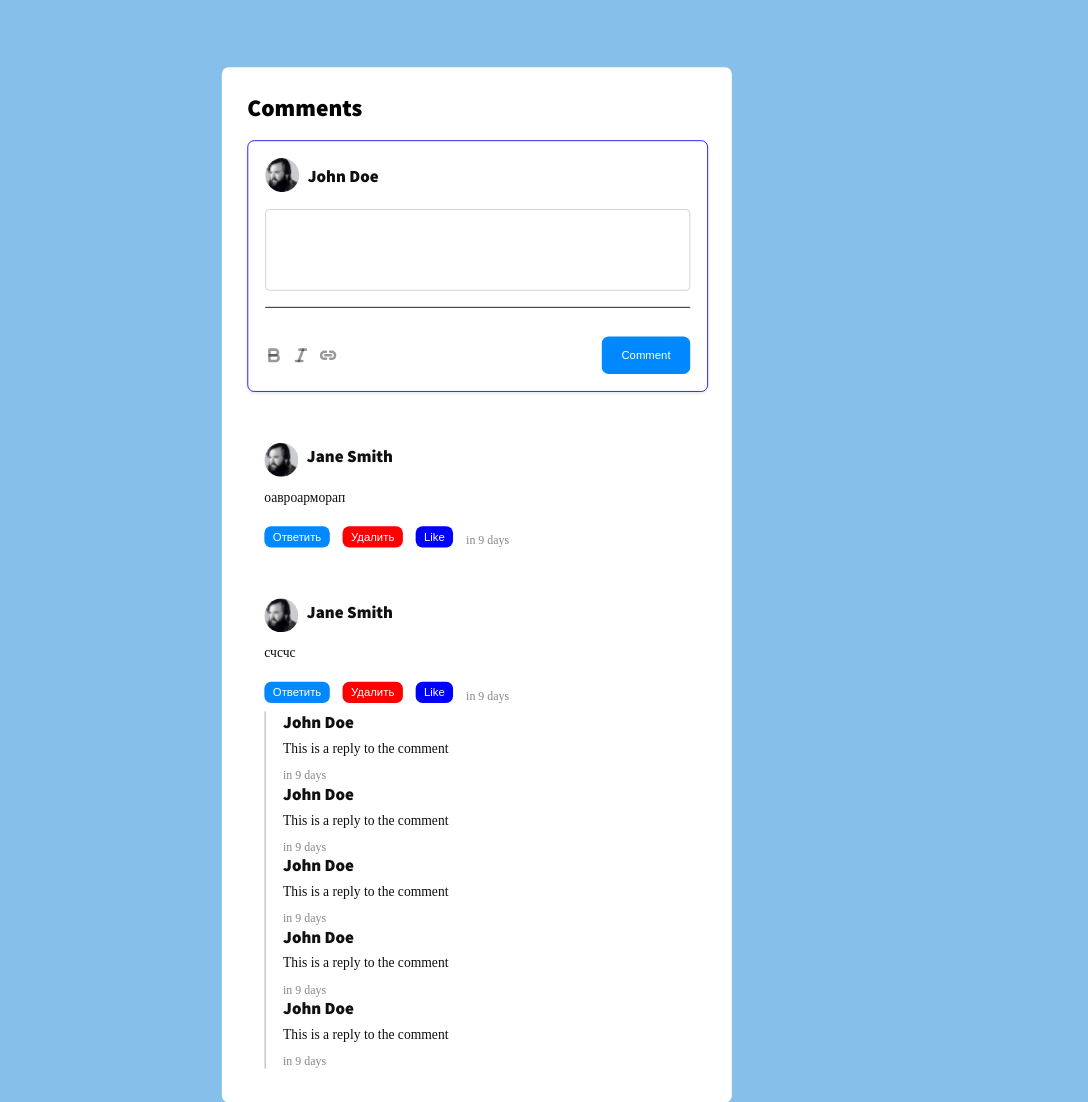
Repository: nikiforovki/appcommits
Page: /
These files come from the project's save history. The page is drawn as it stood at one moment and after the next save; the edit follows.
The browser window is 1280 px wide. The pictures show the whole page, at 85% of full size.
The project was rebuilt for these pictures with package versions that can differ from the ones it lists, and the page was loaded fresh each time. Requests to the local data server were answered from the project's data file. Also part of the build but not shown: webpack.config.ts.

Above is the page before, as saved 2024-08-24 03:43:21.

### public/index.html
<!DOCTYPE html>
<html lang="en">
<head>
    <meta charset="UTF-8" />
    <meta name="viewport" content="width=device-width, initial-scale=1.0" />
    <meta http-equiv="X-UA-Compatible" content="ie=edge" />
    <title>React App</title>
</head>
<body>
<div id="root"></div>
</body>
</html>

### src/index.tsx
import React from 'react';
import { createRoot } from 'react-dom/client';
import App from './App';
import StoreProvider from './app/providers/StoreProvider';

const rootElement = document.getElementById('root');
const root = createRoot(rootElement);
root.render(
  <React.StrictMode>
    <StoreProvider>
      <App />
    </StoreProvider>
  </React.StrictMode>,
);

### src/App.tsx
import React from 'react';
import MainLayout from './Companents/MainLayout';
import './styles/GlobalStyles.css';

const App = () => {
  return <MainLayout />;
};

export default App;

// import React, { useState } from 'react';
// import MainLayout from '../src/Companents/MainLayout';
// import './styles/GlobalStyles.css';
// import {
//   useGetSomeDataQuery,
//   useAddCommitMutation,
//   useDeleteCommitMutation,
// } from '../api/rtkQuery';
//
// const App: React.FC = () => {
//   const [newCommit, setNewCommit] = useState('');
//   const { data = [], isLoading } = useGetSomeDataQuery();
//   const [addCommit, { isError }] = useAddCommitMutation();
//   const [deleteCommit] = useDeleteCommitMutation();
//
//   const handleAddCommit = async () => {
//     if (newCommit) {
//       try {
//         await addCommit({ name: newCommit }).unwrap();
//         setNewCommit('');
//       } catch (error) {
//         console.error('Failed to add commit: ', error);
//       }
//     }
//   };
//
//   const handleDeleteCommit = async (id: string) => {
//     try {
//       await deleteCommit(id).unwrap();
//     } catch (error) {
//       console.error('Failed to delete commit: ', error);
//     }
//   };
//
//   if (isLoading) return <h1>Loading...</h1>;
//
//   return (
//     <div>
//       <input
//         type="text"
//         value={newCommit}
//         onChange={(e) => setNewCommit(e.target.value)}
//       />
//       <button onClick={handleAddCommit}>Add Commit</button>
//       <div>
//         {/*<MainLayout />*/}
//         <ul>
//           {data.map((item) => (
//             <li key={item.id} onClick={() => handleDeleteCommit(item.id)}>
//               {item.name}
//             </li>
//           ))}
//         </ul>
//       </div>
//     </div>
//   );
// };
//
// export default App;

// import React, { useState } from 'react';
// import MainLayout from '../src/Companents/MainLayout';
// import './styles/GlobalStyles.css';
// import { useGetSomeDataQuery, useAddCommitMutation } from '../api/rtkQuery';
//
// const App: React.FC = () => {
//   const [count, setCount] = useState('');
//   const [newCommit, setNewCommit] = useState('');
//   const { data = [], isLoading } = useGetSomeDataQuery(count);
//   const [addCommit, { isError }] = useAddCommitMutation();
//
//   const handleAddCommit = async () => {
//     if ( newCommit) {
//       await addCommit({name: newCommit}.unwrap();
//       setNewCommit('')
//       )
//     }
//   }
//
//   if (isLoading) return <h1>Loading...</h1>;
//
//   return (
//     <div>
//       <input
//         type='text'
//         value={newCommit}
//         onChange={(e) => {handleAddCommit(e.target.value)}
//           />
//        <button onClick= {handleAddCommit}>Add Commit</button>
//     </div>
//     <div>
//       {/*<MainLayout />*/}
//       <ul>
//         {data.map((item) => (
//           <li key={item.id}>{item.name}</li>
//         ))}
//       </ul>
//     </div>
//   );
// };
//
// export default App;

### src/app/providers/StoreProvider.tsx
// src/app/providers/StoreProvider.tsx
import React from 'react';
import { Provider } from 'react-redux';
import { store } from './store';

interface StoreProviderProps {
  children: React.ReactNode;
}

const StoreProvider: React.FC<StoreProviderProps> = ({ children }) => {
  return <Provider store={store}>{children}</Provider>;
};

export default StoreProvider;

### src/styles/GlobalStyles.css
body {
  margin: 0;
  padding: 0;
  background-color: rgba(66, 155, 223, 0.64);
}

@font-face {
  font-family: 'SourceSansPro-Black';
  src: url('./../../public/assets/SourceSansPro-Black.ttf') format('truetype');
}

### src/app/providers/store.ts
import { configureStore } from '@reduxjs/toolkit';
import rtkQueryApi from '../../api/rtkQuery';

export const store = configureStore({
  reducer: {
    [rtkQueryApi.reducerPath]: rtkQueryApi.reducer,
  },
  middleware: (getDefaultMiddleware) =>
    getDefaultMiddleware().concat(rtkQueryApi.middleware),
});

### src/api/rtkQuery.ts
import { createApi, fetchBaseQuery } from '@reduxjs/toolkit/query/react';
import { Comment, Reply } from './types';

const rtkQueryApi = createApi({
  reducerPath: 'commentApi',
  baseQuery: fetchBaseQuery({ baseUrl: 'http://localhost:3000' }),
  tagTypes: ['Comment'],
  endpoints: (builder) => ({
    getSomeData: builder.query<Comment[], void>({
      query: () => 'comments',
      providesTags: (result) =>
        result
          ? [
              ...result.map(({ id }) => ({ type: 'Comment' as const, id })),
              { type: 'Comment' as const, id: 'LIST' },
            ]
          : [{ type: 'Comment' as const, id: 'LIST' }],
    }),
    addCommit: builder.mutation<Comment, Partial<Comment>>({
      query: (body) => ({
        url: 'comments',
        method: 'POST',
        body,
      }),
      invalidatesTags: [{ type: 'Comment' as const, id: 'LIST' }],
    }),
    deleteCommit: builder.mutation<void, string>({
      query: (id) => ({
        url: `comments/${id}`,
        method: 'DELETE',
      }),
      invalidatesTags: (result, error, id) => [
        { type: 'Comment' as const, id },
      ],
    }),
    likeComment: builder.mutation<Comment, string>({
      query: (id) => ({
        url: `comments/${id}`,
        method: 'PATCH',
        body: { liked: true },
      }),
      invalidatesTags: (result, error, id) => [
        { type: 'Comment' as const, id },
      ],
    }),
    unlikeComment: builder.mutation<Comment, string>({
      query: (id) => ({
        url: `comments/${id}`,
        method: 'PATCH',
        body: { liked: false },
      }),
      invalidatesTags: (result, error, id) => [
        { type: 'Comment' as const, id },
      ],
    }),
    addReply: builder.mutation<
      Comment,
      { commentId: string; author: string; text: string; timestamp: string }
    >({
      query: ({ commentId, author, text, timestamp }) => ({
        url: `comments/${commentId}/replies`,
        method: 'POST', // Исправлено с PATCH на POST
        body: {
          author,
          text,
          timestamp,
        },
      }),
      invalidatesTags: (result, error, { commentId }) => [
        { type: 'Comment' as const, id: commentId },
      ],
    }),
    updateComment: builder.mutation<Comment, Partial<Comment>>({
      query: (body) => ({
        url: `comments/${body.id}`,
        method: 'PATCH',
        body,
      }),
      invalidatesTags: (result, error, { id }) => [
        { type: 'Comment' as const, id },
      ],
    }),
  }),
});

export const {
  useGetSomeDataQuery,
  useAddCommitMutation,
  useDeleteCommitMutation,
  useLikeCommentMutation,
  useUnlikeCommentMutation,
  useAddReplyMutation,
  useUpdateCommentMutation,
} = rtkQueryApi;
export default rtkQueryApi;

// import { createApi, fetchBaseQuery } from '@reduxjs/toolkit/query/react';
// import { Comment, Reply } from './types';

// const rtkQueryApi = createApi({
//   reducerPath: 'commentApi',
//   baseQuery: fetchBaseQuery({ baseUrl: 'http://localhost:3000' }),
//   tagTypes: ['Comment'],
//   endpoints: (builder) => ({
//     getSomeData: builder.query<Comment[], void>({
//       query: () => 'comments',
//       providesTags: (result) =>
//         result
//           ? [
//               ...result.map(({ id }) => ({ type: 'Comment' as const, id })),
//               { type: 'Comment' as const, id: 'LIST' },
//             ]
//           : [{ type: 'Comment' as const, id: 'LIST' }],
//     }),
//     addCommit: builder.mutation<Comment, Partial<Comment>>({
//       query: (body) => ({
//         url: 'comments',
//         method: 'POST',
//         body,
//       }),
//       invalidatesTags: [{ type: 'Comment' as const, id: 'LIST' }],
//     }),
//     deleteCommit: builder.mutation<void, string>({
//       query: (id) => ({
//         url: `comments/${id}`,
//         method: 'DELETE',
//       }),
//       invalidatesTags: (result, error, id) => [
//         { type: 'Comment' as const, id },
//       ],
//     }),
//     likeComment: builder.mutation<Comment, string>({
//       query: (id) => ({
//         url: `comments/${id}`,
//         method: 'PATCH',
//         body: { liked: true },
//       }),
//       invalidatesTags: (result, error, id) => [
//         { type: 'Comment' as const, id },
//       ],
//     }),
//     unlikeComment: builder.mutation<Comment, string>({
//       query: (id) => ({
//         url: `comments/${id}`,
//         method: 'PATCH',
//         body: { liked: false },
//       }),
//       invalidatesTags: (result, error, id) => [
//         { type: 'Comment' as const, id },
//       ],
//     }),
//     addReply: builder.mutation<Comment, Partial<Reply>>({
//       query: (body) => ({
//         url: `comments/${body.commentId}/replies`,
//         method: 'POST',
//         body: {
//           author: body.author,
//           text: body.text,
//           timestamp: new Date().toISOString(),
//         },
//       }),
//       invalidatesTags: (result, error, { commentId }) => [
//         { type: 'Comment' as const, id: commentId },
//       ],
//     }),
//     updateComment: builder.mutation<Comment, Partial<Comment>>({
//       query: (body) => ({
//         url: `comments/${body.id}`,
//         method: 'PATCH',
//         body,
//       }),
//       invalidatesTags: (result, error, { id }) => [
//         { type: 'Comment' as const, id },
//       ],
//     }),
//   }),
// });

// export const {
//   useGetSomeDataQuery,
//   useAddCommitMutation,
//   useDeleteCommitMutation,
//   useLikeCommentMutation,
//   useUnlikeCommentMutation,
//   useAddReplyMutation,
//   useUpdateCommentMutation,
// } = rtkQueryApi;
// export default rtkQueryApi;

### db.json
{
  "comments": [
    {
      "id": "1724444371668",
      "img": "/img/IconMan.svg",
      "author": "Jane Smith",
      "text": "счсчс",
      "timestamp": "2024-08-23T20:19:31.668Z",
      "liked": false,
      "isBold": false,
      "isItalic": false,
      "isLink": false,
      "replies": [
        {
          "id": "unique-reply-id-1",
          "author": "John Doe",
          "text": "This is a reply to the comment",
          "timestamp": "2024-08-23T20:20:31.668Z"
        },
        {
          "id": "unique-reply-id-1",
          "author": "John Doe",
          "text": "This is a reply to the comment",
          "timestamp": "2024-08-23T20:20:31.668Z"
        },
        {
          "id": "unique-reply-id-1",
          "author": "John Doe",
          "text": "This is a reply to the comment",
          "timestamp": "2024-08-23T20:20:31.668Z"
        },
        {
          "id": "unique-reply-id-1",
          "author": "John Doe",
          "text": "This is a reply to the comment",
          "timestamp": "2024-08-23T20:20:31.668Z"
        },
        {
          "id": "unique-reply-id-1",
          "author": "John Doe",
          "text": "This is a reply to the comment",
          "timestamp": "2024-08-23T20:20:31.668Z"
        }
      ]
    },
    {
      "id": "1724448278780",
      "img": "/img/IconMan.svg",
      "author": "Jane Smith",
      "text": "оавроарморап",
      "timestamp": "2024-08-23T21:24:38.780Z",
      "liked": false,
      "isBold": false,
      "isItalic": false,
      "isLink": false,
      "replies": []
    }
  ]
}

Loaded but not shown: src/Companents/MainLayout.tsx (1732 lines, source omitted)

After the next save:
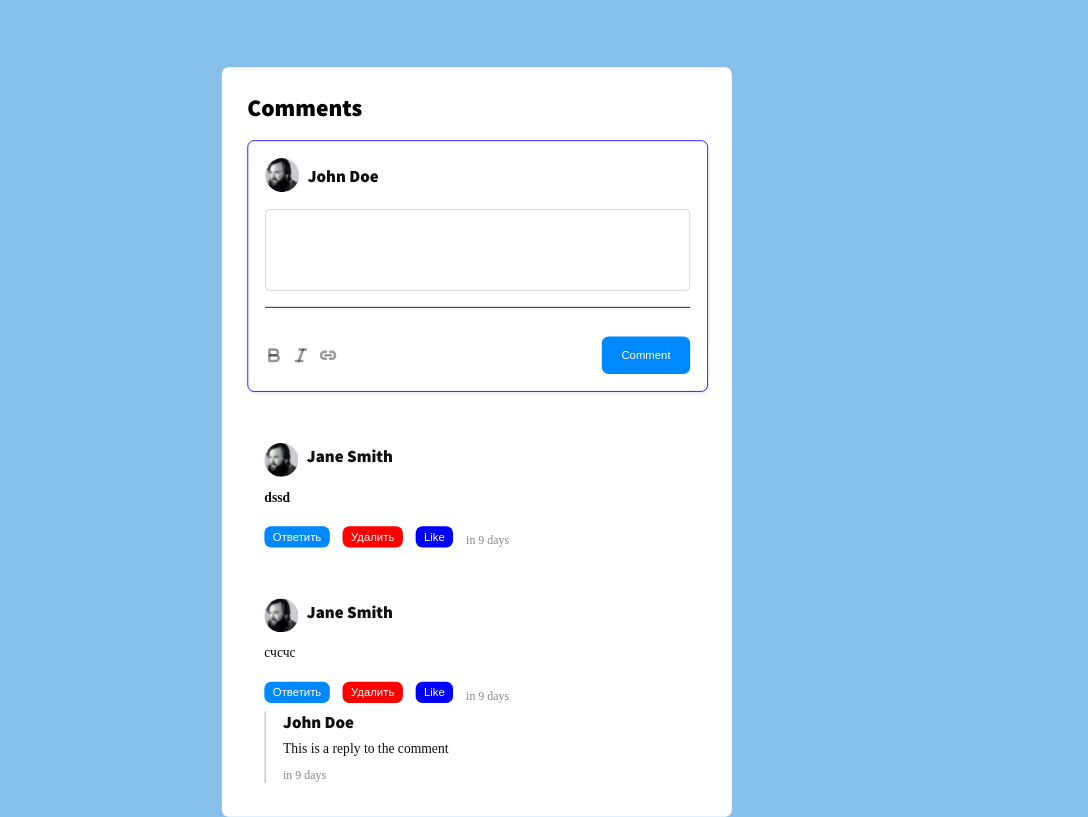
Saved 88 s later.
--- a/db.json
+++ b/db.json
@@ -16,41 +16,17 @@
           "author": "John Doe",
           "text": "This is a reply to the comment",
           "timestamp": "2024-08-23T20:20:31.668Z"
-        },
-        {
-          "id": "unique-reply-id-1",
-          "author": "John Doe",
-          "text": "This is a reply to the comment",
-          "timestamp": "2024-08-23T20:20:31.668Z"
-        },
-        {
-          "id": "unique-reply-id-1",
-          "author": "John Doe",
-          "text": "This is a reply to the comment",
-          "timestamp": "2024-08-23T20:20:31.668Z"
-        },
-        {
-          "id": "unique-reply-id-1",
-          "author": "John Doe",
-          "text": "This is a reply to the comment",
-          "timestamp": "2024-08-23T20:20:31.668Z"
-        },
-        {
-          "id": "unique-reply-id-1",
-          "author": "John Doe",
-          "text": "This is a reply to the comment",
-          "timestamp": "2024-08-23T20:20:31.668Z"
         }
       ]
     },
     {
-      "id": "1724448278780",
+      "id": "1724459565052",
       "img": "/img/IconMan.svg",
       "author": "Jane Smith",
-      "text": "оавроарморап",
-      "timestamp": "2024-08-23T21:24:38.780Z",
+      "text": "dssd",
+      "timestamp": "2024-08-24T00:32:45.052Z",
       "liked": false,
-      "isBold": false,
+      "isBold": true,
       "isItalic": false,
       "isLink": false,
       "replies": []
